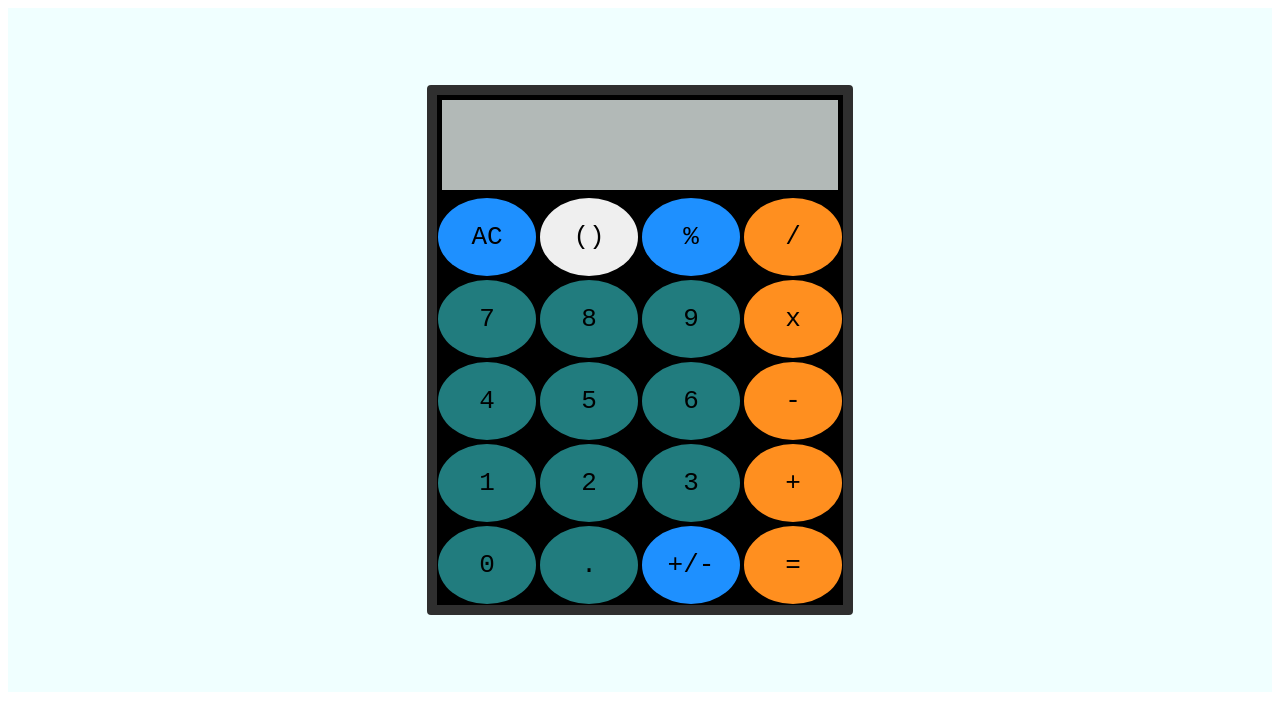
Repository: MhlengiNgubane/BrainnestJsTwo
Page: index.html
These files come from the project's save history. The page is drawn as it stood at one moment and after a run of saves; the edit follows.
The browser window is 1280 px wide. The pictures show the whole page.

Above is the page before, as saved 2022-09-07 23:15:12.

### index.html
<!DOCTYPE html>
<html lang="en">
<head>
    <meta charset="UTF-8">
    <meta http-equiv="X-UA-Compatible" content="IE=edge">
    <meta name="viewport" content="width=device-width, initial-scale=1.0">
    <title>CALCULATOR</title>

    <link rel="stylesheet" href="style.css">
</head>
    <body>
        <main id="calculator">
            <div id="container">
                <div id="display"></div>
                <button type="button" class="clear"  data-action="8">AC</button>
                <button type="button" class="braket"  data-action="169">()</button>
                <button type="button" class="percent"  data-action="80">%</button>
                <button type="button" class="operator"  data-action="68">/</button>
                <button type="button" class="operand"  data-action="55">7</button>
                <button type="button" class="operand"  data-action="56">8</button>
                <button type="button" class="operand"  data-action="57">9</button>
                <button type="button" class="operator"  data-action="88">x</button>
                <button type="button" class="operand"  data-action="52">4</button>
                <button type="button" class="operand"  data-action="53">5</button>
                <button type="button" class="operand"  data-action="54">6</button>
                <button type="button" class="operator"  data-action="173">-</button>
                <button type="button" class="operand"  data-action="49">1</button>
                <button type="button" class="operand"  data-action="50">2</button>
                <button type="button" class="operand"  data-action="51">3</button>
                <button type="button" class="operator"  data-action="61">+</button>
                <button type="button" id ="zero" class="operand"  data-action="48">0</button>
                <button type="button" class="decimal"  data-action="190">.</button>
                <button type="button" class="sign"  data-action="192">+/-</button>
                <button type="button" class="equals"  data-action="69">=</button>
            </div>
        </main>
    <script src="App.js"></script>
    </body>
</html>

### style.css
body {
    text-align: center;
    font-family: monospace;
}

#calculator {
    display: flex;
    min-height: 95vh;
    justify-content: center;
    align-content: center;
    align-items: center;
    height: 100%;
    overflow: hidden;
    background-color: azure;
}

#container {
    background-color: black;
    border: 10px solid rgba(47,47,47,1);
    border-radius: 4px;
    display: grid;
    grid-template-columns: repeat(4, 100px);
    grid-template-rows: minmax(100px, auto) repeat(5, 80px);
    gap: 2px;
}

#display {
    grid-column: 1 / -1;
    background-color: #b2b9b7;
    display: flex;
    flex-direction: column;
    justify-content: space-around;
    align-items: flex-end;
    padding: 20px;
    font-size: 5.5em;
    font-weight: initial;
    text-shadow: 1.3px 1.3px #383838;
    margin: 5px;
}

button {
    margin: 1px;
    border-radius: 50%;
    border: none;
    font-weight: initial;
    font-size: 2em;
    font-family: monospace;
    color: black;
}

.operator {
    background-color: #FF8F1F;
}

.operator:focus {
    background-color: #ffc183;
}

.equals {
    background-color: #FF8F1F;
}

.equals:active {
    background-color: #ffc183;
}

.operand {
    background-color: #217C7E;
}

.operand:active {
    background-color: #33b9bb;
}

.decimal {
    background-color: #217C7E;
}

.decimal:active {
    background-color: #33b9bb;
}

.clear {
    background-color: dodgerblue;
}

.clear:active {
    background-color: rgb(123, 189, 255);
}

.sign {
    background-color: dodgerblue;
}

.sign:active {
    background-color: rgb(123, 189, 255);
}

.percent {
    background-color: dodgerblue;
}

.percent:active {
    background-color: rgb(123, 189, 255);
}

Loaded but not shown: App.js (no stored copy; drawn as an empty file)

After the next 2 saves:
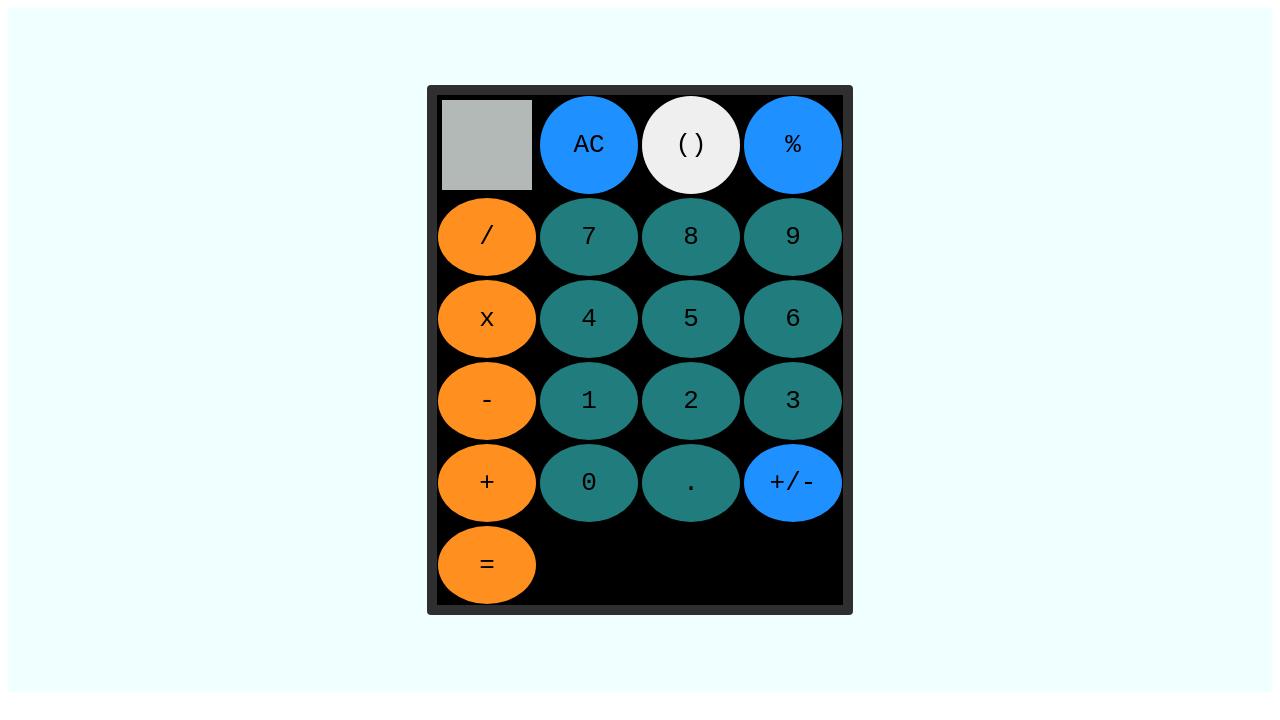
The 2 saves are shown as one change because they came seconds apart.
The last was saved 37 s later.
--- a/style.css
+++ b/style.css
@@ -25,7 +25,7 @@
 }
 
 #display {
-    grid-column: 1 / -1;
+    grid-column: 1;
     background-color: #b2b9b7;
     display: flex;
     flex-direction: column;

After the 3 saves that followed:
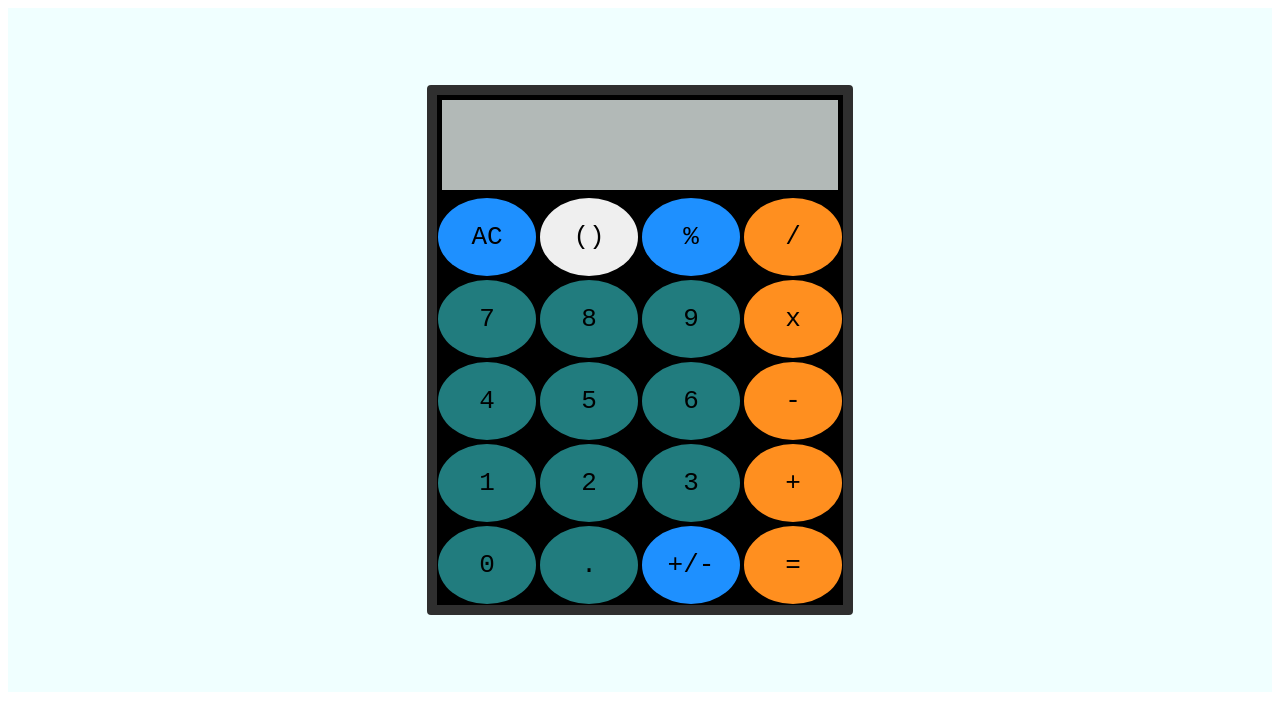
The 3 saves are shown as one change because they came seconds apart.
The last was saved 16 s later.
--- a/style.css
+++ b/style.css
@@ -25,7 +25,7 @@
 }
 
 #display {
-    grid-column: 1;
+    grid-column: 1 / -1;
     background-color: #b2b9b7;
     display: flex;
     flex-direction: column;
